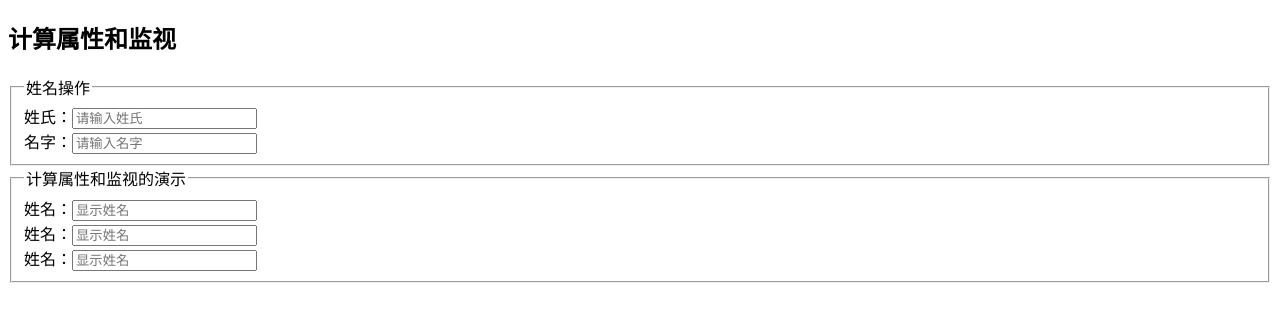
Repository: zhuhongxiang/Vue3.0-TSLeaning
Page: / (app in 04_Vue3/vue3_learning/)
The author's editor kept a copy of each file at every save. The page is drawn from the files as they stood at one save, then again after the next save.
The browser window is 1280 px wide. The pictures show the whole page.
The project was rebuilt for these pictures with package versions that can differ from the ones it lists, and the page was loaded fresh each time.

Above is the page before, as saved 2021-07-26 11:04:34.

### 04_Vue3/vue3_learning/src/main.ts
// 程序的主入口文件，ts文件，是main.ts
// 引入createApp函数，创建对应的应用产生应用的实例对象
import { createApp } from 'vue'
// 引入App组件（所有组件的父级组件）
import App from './App.vue'
// 创建App应用返回对应的实例对象，调用mount方法进行挂载
createApp(App).mount('#app')

### 04_Vue3/vue3_learning/src/App.vue
<template>
  <h2>计算属性和监视</h2>
  <fieldset>
    <legend>姓名操作</legend>
    姓氏：<input type="text" placeholder="请输入姓氏" /><br />
    名字：<input type="text" placeholder="请输入名字" />
  </fieldset>
  <fieldset>
    <legend>计算属性和监视的演示</legend>
    姓名：<input type="text" placeholder="显示姓名" /><br />
    姓名：<input type="text" placeholder="显示姓名" /><br />
    姓名：<input type="text" placeholder="显示姓名" /><br />
  </fieldset>
</template>

<script lang='ts'>
import { defineComponent, reactive } from "vue";
export default defineComponent({
  name: "App",
  props: {},
  components: {},
  setup() {
    // 定义一个响应式的对象
    const user = reactive({
      firstName: "东方",
      lastName: "不败",
    });
    return {
      user,
    };
  },
});
</script>

<style scoped>
</style>

Loaded but not shown: 04_Vue3/vue3_learning/public/index.html (common file)

After the next save:
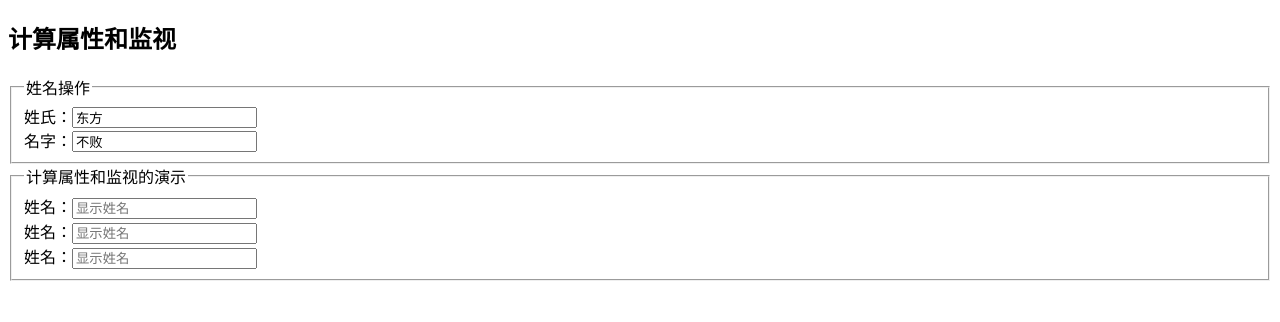
Saved 38 s later.
--- a/04_Vue3/vue3_learning/src/App.vue
+++ b/04_Vue3/vue3_learning/src/App.vue
@@ -2,8 +2,12 @@
   <h2>计算属性和监视</h2>
   <fieldset>
     <legend>姓名操作</legend>
-    姓氏：<input type="text" placeholder="请输入姓氏" /><br />
-    名字：<input type="text" placeholder="请输入名字" />
+    姓氏：<input
+      type="text"
+      placeholder="请输入姓氏"
+      v-model="user.firstName"
+    /><br />
+    名字：<input type="text" placeholder="请输入名字" v-model="user.lastName" />
   </fieldset>
   <fieldset>
     <legend>计算属性和监视的演示</legend>
